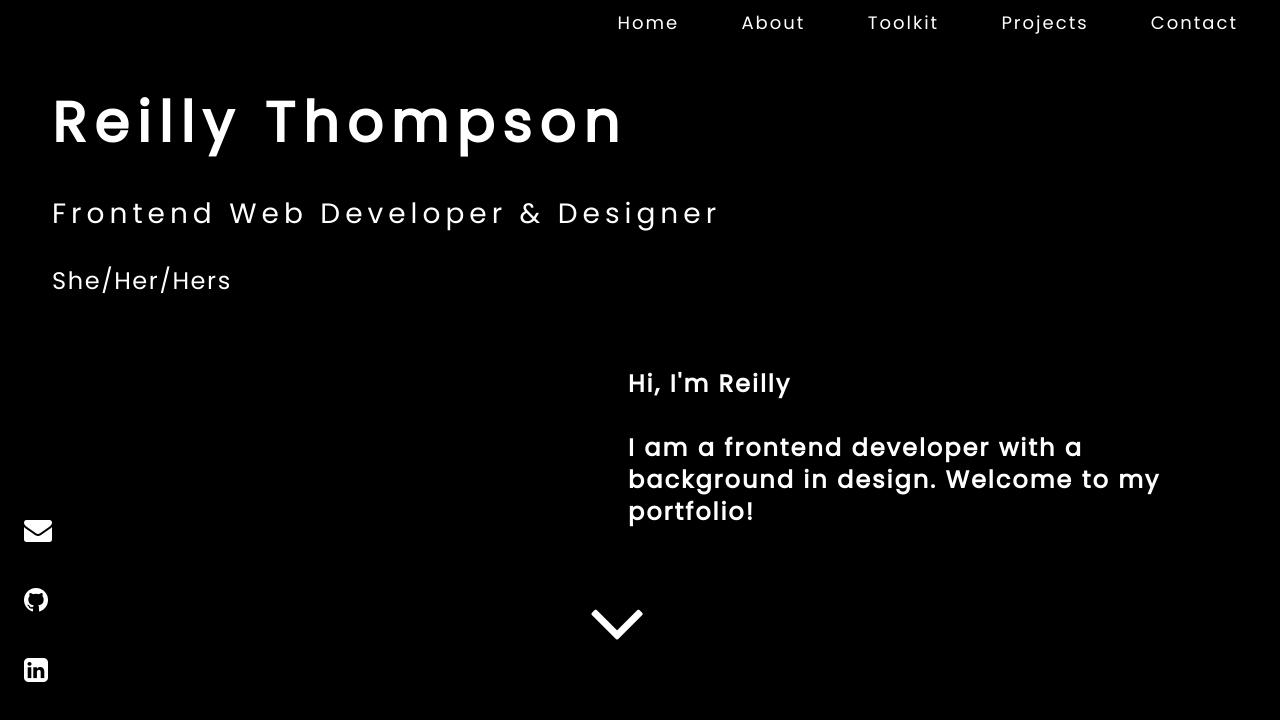
Repository: Rthompson2548/portfolio
Page: index.html
The author's editor kept a copy of each file at every save. The page is drawn from the files as they stood at one save, then again after the next save.
The browser window is 1280 px wide. The pictures show the whole page.
Some web libraries are served in a nearby version.

Above is the page before, as saved 2022-04-12 13:54:16.

### index.html
<!DOCTYPE html>
<html>

<head>
	<meta name="viewport" content="width=device-width, initial-scale=1" />
	<!-- nav bar icons -->
	<link rel="stylesheet" href="https://cdnjs.cloudflare.com/ajax/libs/font-awesome/4.7.0/css/font-awesome.min.css" />
	<!-- font -->
	<link href="https://fonts.googleapis.com/css2?family=Roboto+Mono&display=swap" rel="stylesheet">
	<!-- toolkit icons -->
	<link rel="stylesheet" href="https://cdn.jsdelivr.net/gh/devicons/devicon@v2.14.0/devicon.min.css" />
	<link rel="stylesheet" href="https://cdn.jsdelivr.net/gh/devicons/devicon@v2.14.0/devicon.min.css" />
	<link href="https://fonts.googleapis.com/icon?family=Material+Icons" rel="stylesheet" rel="stylesheet" />
	<link rel="preconnect" href="https://fonts.googleapis.com">
	<link rel="preconnect" href="https://fonts.gstatic.com" crossorigin>
	<link href="https://fonts.googleapis.com/css2?family=Poppins&display=swap" rel="stylesheet">
	<!-- style.css file -->
	<link rel="stylesheet" href="style.css" />
	<title>Reilly Thompson</title>
</head>
<header class="header-container">
	<!-- nav bar -->
	<div id="nav-bar" class="nav-bar selectSection">
		<div>
			<button type="button" data-number="1" id="go-to-home" class="nav-bar-item active" href="#home">
					Home
				</button>
				<button type="button" data-number="2" id="go-to-about" class="nav-bar-item" href="#about">
					About
				</button>
				<button type="button" data-number="3" id="go-to-toolkit" class="nav-bar-item" href="#toolkit">
					Toolkit
				</button>
				<button type="button" data-number="4" id="go-to-projects" class="nav-bar-item" href="#projects">
					Projects
				</button>
				<button type="button" data-number="5" id="go-to-contact" class="nav-bar-item" href="#contact">
					Contact
				</button>
				</div>
				</div>
</header>

<body>
	<div class="contentSection">
		<!-- home page -->
		<div class="home content" data-number="1" id="home content">

			<div class="home-left">
				<p class="home-contact-icon">
					<a href="mailto: thompson.reilly@yahoo.com">
						<i class="fa fa-envelope" aria-hidden="true"></i> </a>
				</p>

				<p class="home-contact-icon">
					<a href="https://github.com/Rthompson2548" target="_blank">
						<i class="fa fa-github" aria-hidden="true"></i>
					</a>
				</p>

				<p class="home-contact-icon">
					<a href="https://www.linkedin.com/in/reillythompson/" target="_blank">
						<i class="fa fa-linkedin-square contact-icon-size white"></i>
					</a>
				</p>
			</div>

			<div class="home-middle">
				<h1 class="home-page-name">Reilly Thompson</h1>
				<h3 class="home-page-description">Frontend Web Developer & Designer<h3 />
				<h3 class="pronouns">
					She/Her/Hers
					<h3 />

			</div>

			<div class="home-right">
					<h4>Hi, I'm Reilly</h4>
					<h4>
						I am a frontend developer with a background in design. Welcome to my portfolio!
					</h4>

			</div>


			<div id="nav-bar" class="selectSection go-down-btn">

				<button type="button" data-number="2" id="go-to-about" class="nav-bar-item" href="#about">
					<i class="fa fa-angle-down"></i>
				</button>

			</div>


		</div>
		<!-- about -->
		<div name="about" data-number="2" id="about content" class="about content">
			<h2 class="page-title">About</h2>
			<div class="about-page">
				<div>
					<p class="about-text">
						Hi there,
					</p>
					<p></p>
					<p class="about-text">
						Thanks for stopping by! I am a Front End Developer with a background in graphic and UI design. I have 3 years of total experience in the tech field, and a certificate in full stack engineering from Thinkful. I am truly passion about using my technical and design skills to create modern web applications that deliver engaging user experiences.
					</p>
					<p class="about-text">
						I am highly motivated, creative and driven to use my career to make a positive impact. I am constantly improving my skills and staying up to date with the latest trends in technology.

					</p>
					<p class="about-text">
						When I'm not coding, you can find me spending time with friends, family, and dogs.
					</p>
				</div>
				<!-- <div>
					<img class="profile-img" src="/images/profile.jpg" alt="">
				</div> -->
			</div>
			</div>
			<!-- toolkit -->
			<div name="toolkit" data-number="3" id="toolkit content" class="toolkit content">
				<h2 class="page-title">Toolkit</h2>
			<div>
				<!-- icon grid here -->
				<div>
					<h1 class="toolkit-icons-row toolkit-section-title">Front End</h1>
					<div class="toolkit-icons-row">
						<i class="toolkit-icon devicon-html5-plain-wordmark colored"></i>
						<i class="toolkit-icon devicon-css3-plain-wordmark colored"></i>
						<i class="toolkit-icon devicon-react-original-wordmark colored"></i>
						</div>
						<div class="toolkit-icons-row">
							<i class="toolkit-icon devicon-bootstrap-plain-wordmark "></i>
							<i class="toolkit-icon devicon-jquery-plain-wordmark colored"></i>
					</div>
				</div>

				<div>
					<h1 class="toolkit-icons-row toolkit-section-title">Back End</h1>
					<div class="toolkit-icons-row">
						<i class="toolkit-icon devicon-nodejs-plain-wordmark colored"></i>
						<i class="toolkit-icon devicon-express-original white"></i>
						<i class="toolkit-icon devicon-postgresql-plain-wordmark colored"></i>
					</div>
				</div>
				<div>
					<h1 class="toolkit-icons-row toolkit-section-title">Additional Tools</h1>

						<div class="toolkit-icons-row">
							<i class="toolkit-icon devicon-javascript-plain colored"></i>
							<i class="toolkit-icon devicon-heroku-plain-wordmark "></i>
							<i class="toolkit-icon devicon-typescript-plain colored"></i>
							</div>
							<div class="toolkit-icons-row">
							<i class="toolkit-icon devicon-git-plain-wordmark red"></i>
							<i class="toolkit-icon devicon-vscode-plain-wordmark colored"></i>
						</div>
				</div>
				</div>
			</div>
					<!-- projects -->
		<div name="projects" class="projects content" data-number="4" id="projects content">
						<h2 class="page-title">Projects</h2>

							<div class="project-section">
								<div class="project-title">
									<a href="https://cocktail-point.vercel.app/" target="_blank">
										Hex Code Generator
									</a>

								</div>

								<div class="demo-code">
									<a class="demo-code-item demo-code-item-first" href="https://github.com/Rthompson2548/hex-code-generator"
										target="_blank">
										<p>Code</p>
										<i class="fa fa-code"></i>
									</a>

									<a class="demo-code-item" href="https://hex-code-generator.vercel.app/" target="_blank">
										<p>Demo</p>
										<i class="fa fa-eye"></i>
									</a>

								</div>


								<a href="https://hex-code-generator.vercel.app/" target="_blank">
									<img src="/images/updated-hex-generator.PNG">
								</a>
							</div>


							<div class="project-section">
								<div class="project-title">
									<a href="https://cocktail-point.vercel.app/" target="_blank">
										Cocktail Handbook
									</a>

								</div>
								<div class="demo-code">
									<a class="demo-code-item demo-code-item-first" href="https://github.com/Rthompson2548/cocktails" target="_blank">
										<p>Code</p>
										<i class="fa fa-code"></i>
									</a>

									<a class="demo-code-item" href="https://cocktail-point.vercel.app/" target="_blank">
										<p>Demo</p>
										<i class="fa fa-eye"></i>
									</a>

								</div>


								<a href="https://cocktail-point.vercel.app/" target="_blank">
									<img src="/images/cocktail-handbook.PNG" alt="movie booker project image">
								</a>
							</div>

							<div class="project-section">
								<div class="project-title">
									<a href="https://github.com/Rthompson2548/boolean-job-searcher" target="_blank">
										Boolean Job Finder
									</a>

								</div>

								<div class="demo-code">
									<a class="demo-code-item demo-code-item-first" href="https://github.com/Rthompson2548/boolean-job-searcher"
										target="_blank">
										<p>Code</p>
										<i class="fa fa-code"></i>
									</a>

									<a class="demo-code-item" href="https://boolean-job-searcher.vercel.app/" target="_blank">
										<p>Demo</p>
										<i class="fa fa-eye"></i>
									</a>

								</div>


								<a href="https://boolean-job-searcher.vercel.app/" target="_blank">
									<img src="/images/boolean.PNG">
								</a>
							</div>


						<div class="project-section">
							<div class="project-title">
								<a href="https://finance-tracker-woad.vercel.app/" target="_blank">
									Finance Tracker
								</a>
							</div>


							<div class="demo-code">
								<a class="demo-code-item demo-code-item-first" href="https://github.com/Rthompson2548/finance-tracker"
									target="_blank">
									<p>Code</p>
									<i class="fa fa-code"></i>
								</a>

								<a class="demo-code-item" href="https://finance-tracker-woad.vercel.app/" target="_blank">
									<p>Demo</p>
									<i class="fa fa-eye"></i>
								</a>

							</div>

							<a href="https://finance-tracker-woad.vercel.app/" target="_blank">
								<img src="/images/finance-tracker-img.PNG" alt="movie booker project image">
							</a>
						</div>

						<div class="project-section">
							<div class="project-title">
								<a href="https://movie-theatre-booking-app.vercel.app/" target="_blank">
									Cinema Hub
								</a>
							</div>



							<div class="demo-code">
								<a class="demo-code-item demo-code-item-first" href="https://github.com/Rthompson2548/cinema-hub"
									target="_blank">
									<p>Code</p>
									<i class="fa fa-code"></i>
								</a>

								<a class="demo-code-item" href="https://movie-theatre-booking-app.vercel.app/" target="_blank">
									<p>Demo</p>
									<i class="fa fa-eye"></i>
								</a>

							</div>


						<a href="https://movie-theatre-booking-app.vercel.app/" target="_blank">
								<img src="/images/cinema-hub-app.PNG" alt="movie booker project image">
							</a>
						</div>

						<div class="project-section">
							<div class="project-title">
								<a href="https://project-decoder-ring.vercel.app/" target="_blank">
									Crypto-Messenger
								</a>
							</div>




							<div class="demo-code">
								<a class="demo-code-item demo-code-item-first" href="https://github.com/Rthompson2548/encode-decode" target="_blank">
									<p>Code</p>
									<i class="fa fa-code"></i>
								</a>

								<a class="demo-code-item" href="https://project-decoder-ring.vercel.app/" target="_blank">
									<p>Demo</p>
									<i class="fa fa-eye"></i>
								</a>

							</div>

							<a href="https://project-decoder-ring.vercel.app/" target="_blank">
								<img src="/images/crypto-message-application.PNG" alt="decoder ring app project image">
							</a>
						</div>




		</div>
		<!-- contact -->
		<div name="contact" data-number="5" id="contact content" class="contact content">
			<h1 class="page-title">Contact Me</h1>

				<ul class="contact-icons">
					<li class="contact-icon">
							<a href="https://github.com/Rthompson2548" target="_blank">
								<i class="fa fa-github" aria-hidden="true"></i>

							</a>
							<p class="contact-icon-text">@Rthompson2548</p>
					</li>

					<li class="contact-icon">
							<a href="https://www.linkedin.com/in/reillythompson/" target="_blank">
								<i class="fa fa-linkedin-square contact-icon-size white"></i>
							</a>
							<p class="contact-icon-text">@reillythompson</p>
					</li>

					<li class="contact-icon">
						<a href="mailto: thompson.reilly@yahoo.com">
							<i class="fa fa-envelope" aria-hidden="true"></i> </a>
						<p class="contact-icon-text">thompson.reilly@yahoo.com</p>

					</li>

					<li class="contact-icon">
						<a href="tel:9712803415">
							<i class="fa fa-phone" aria-hidden="true"></i>
						</a>
						<p class="contact-icon-text">971-280-3415</p>
					</li>

					<li class="contact-icon">
						<a href="sms:9712803415">
							<i class="fa fa-comment" aria-hidden="true"></i>
						</a>
						<p class="contact-icon-text">971-280-3415</p>

					</li>
				</ul>
		</div>


		</div>
		</div>

	<script src="script.js"></script>
</body>

</html>

### style.css
/* global */
* {
  font-family: 'Poppins', sans-serif;
  max-width: 100%;
  background-color: #000;
  color: #fff;
  letter-spacing: 2px;
}

a {
  text-decoration: none;
  color: #fff;
  letter-spacing: 4px;
  padding-bottom: 5px;
}

.fa-angle-down {
  font-size: 58px;
  font-weight: medium;
  text-align: center !important;
}

.go-down-btn {
  position: fixed;
  left: 50%;
  bottom: 0px;
  transform: translate(-50%, -50%);
  margin: 0 auto;
}

.header-container {
  display: flex;
  flex-direction: row;
}

.hidden {
  display: none;
}

.content {
  margin: 10px 36px 0px 36px;
  padding-top: 24px;
}

.page-title {
  font-size: 42px;
  margin-bottom: 16px;
}

.nav-bar {
  display: flex;
  position: fixed;
  padding-bottom: 10px;
  justify-content: space-evenly;
  width: 100%;
  top: 0;
}

.fa-code {
  color: #fff;
}


.nav-bar-item {
  font-size: 10px;
  border: none;
  margin-top: 8px;
}

.home {
  display: flex;
  flex-direction: column;
}

.home-middle {
  margin-left: 8px;
}

.home-right {
  right: 0;
  bottom: 0;
  position: absolute;
  font-size: 14px;
  font-weight: 100 !important;
  width: 250px;
  margin: 0 12px 80px 0;
  line-height: 2.5rem;
}

.home-contact-icon {
  font-size: 28px;
}

.home-left {
  left: 0;
  bottom: 0;
  position: absolute;
  padding: 0 12px 0 24px;
}

.view-work-button {
  padding: 8px 28px;
  margin-top: 12px;
  border: none;
  color: #fff;
  border-radius: 12px;
  font-size: 16px;
  letter-spacing: 1.5px;
  background-color: blueviolet;
}

.profile-img {
  width: 300px;
  height: auto;
}

.pronouns {
  font-size: 16px;
  letter-spacing: 1.6px;
  font-weight: normal;
}

.home-page-name {
  font-size: 28px;
  font-weight: medium;
  overflow-wrap: normal;
  width: 350px;
  display: table-caption;
  margin-bottom: 0px;
  letter-spacing: 5px;
}

.home-page-description {
  font-size: 16px;
  font-weight: normal;
  width: 350px;
}

.toolkit-section-title {
  font-size: 28px;
  letter-spacing: 2px;
  font-weight: normal;
}

.toolkit-icons-row {
  display: flex;
  justify-content: space-evenly;
  margin: 72px 10px 40px 0;
}

.toolkit-icon {
  font-size: 65px;
  margin: 0 6px;
}

/* change name */
.white-icon {
  color: rgb(255, 255, 255);
  margin-right: 14px;
  text-decoration: none;
  font-size: 20px;
}


.contact-icon {
  text-decoration: none;
  font-size: 36px;
  display: flex;
  flex-direction: column;
  align-items: center;

}

.contact-icon-text {
  font-size: 14px;
  margin-top: 0px;
}

.contact-icons {
  font-size: 42px;
  /* margin-top: 25%; */
}

.project-section {
  display: flex;
  flex-direction: column;
  align-items: center;
  margin: 52px 0;
}

.project-section i {
  font-size: 32px;
  margin-bottom: 24px;
}

.project-section img {
  border-radius: 5px;
  width: 300px;
  height: auto;
  box-shadow: rgba(0, 0, 0, 0.07) 0px 1px 1px, rgba(0, 0, 0, 0.07) 0px 2px 2px, rgba(0, 0, 0, 0.07) 0px 4px 4px, rgba(0, 0, 0, 0.07) 0px 8px 8px, rgba(0, 0, 0, 0.07) 0px 16px 16px;
}

.demo-code {
  display: flex;
  justify-content: center;
}

.demo-code-item {
  display: flex;
  flex-direction: column;
  align-items: center;
  margin: 3px 10px;
}

.demo-code-item i {
  font-size: 20px;
}

.project-title {
  font-weight: bold;
  font-size: 18px;
  margin: 18px 0;
  /* text-shadow:
    0 0 7px #fff,
    0 0 10px #fff,
    0 0 21px #fff,
    0 0 42px #0fa,
    0 0 82px #0fa,
    0 0 92px #0fa,
    0 0 102px #0fa,
    0 0 151px #0fa; */
}

.page-text {
  font-size: 20px;
  letter-spacing: 1.25px;
  font-weight: 100;
  line-height: 2rem;
  /* margin: 0 75px 32px 0; */
}

.about-page {
  display: flex;
  flex-direction: column;
}

.about-text {
  font-size: 14px;
  width: 300px;
}
/** only displays home page when website is displayed */
.content:not(:first-child) {
    display: none;
}


@media (min-width: 500px) {
  .nav-bar-item {
    font-size: 14px;
    margin-right: 18px;
  }

  .home-page-description {
    font-size: 18px;
    width: 500px;
  }

  .home-page-name {
    width: 500px;
    font-size: 36px;
  }

  .home-right {
    width: 350px;
    font-size: 18px;
    margin-right: 32px;
    margin-bottom: 116px;
  }

  .about-text {
    font-size: 16px;
    width: 450px;
  }
}

@media (min-width: 600px) {
  .about-text {
    width: 575px;
  }

  .toolkit-section-title {
    font-size: 38px;
  }
}

/* desktop view */
@media (min-width: 800px) {
  .contact {
    font-size: 30px;
  }

  .fa-angle-down {
    font-size: 72px;
  }

  .view-work-button {
    margin-top: 30px;
    padding: 12px 38px;
    font-size: 24px;
  }

  .home-page-description {
    font-size: 24px;
    letter-spacing: 4px;
    /* margin-left: 14px; */
    margin-bottom: 28px;
  }

  .home-right {
    width: 500px;
    font-size: 20px;
    margin: 0 52px 125px 0px;
    line-height: 2rem;
  }

  .pronouns {
    font-size: 24px;
  }

  .nav-bar-item {
    font-size: 16px;
    padding-right: 32px;
  }

  .nav-bar {
    display: flex;
    justify-content: end;
  }

  .page-title {
    font-size: 42px;
    margin-bottom: 24px;
    font-weight: 300;
    margin-right: 12px;
  }

  .home-page-name {
    font-size: 48px;
    width: 750px;
  }

  .toolkit-icon {
    font-size: 100px;
    margin: 22px;
  }

  .home {
    flex-direction: row;
  }

  .project-section img {
    width: 400px;
    height: auto;
    box-shadow: rgba(0, 0, 0, 0.3) 0px 19px 38px, rgba(0, 0, 0, 0.22) 0px 15px 12px;
  }

  .project-title {
    font-size: 32px;
  }

  .contact-icons {
    font-size: 100px;
    /* margin-top: 10% */
  }

  .contact {
    margin-bottom: 0 !important;
  }

  .page-text {
    margin: 0 75px 0 0;
  }

.about-page {
  display: flex;
  flex-direction: row;
}

.about-text {
  font-size: 22px;
  line-height: 2.25rem;
  width: 750px;
}

.profile-img {
  width: 300px;
  height: auto;
  /* margin-top: 40px; */
  margin-bottom: 12px;
  margin-right: 75px;
}

}



@media (min-width: 900px) {

.about-page {
  display: flex;
  flex-direction: row;
}

.fa-angle-down {
  font-size: 92px;
}

.profile-img {
  width: 500px;
  height: auto;
  margin-right: 100px;
}

  .home-page-name {
    letter-spacing: 8px;
    font-size: 56px;
    width: 700px;
  }

  .home-page-description {
    font-size: 28px;
    letter-spacing: 5px;
    width: 700px;
  }

  .home-right {
    width: 600px;
    font-size: 24px;
    margin-bottom: 160px;
  }

  .nav-bar-item {
    font-size: 18px;
  }

   .project-section img {
    width: 600px;
    height: auto;
  }

  .page-text {
    margin: 0 250px 10px 0;
  }
}

@media (min-width: 1000px) {
  .about-text {
    width: 950px;
  }

  .toolkit-section-title {
    font-size: 42px;
  }

  .page-title {
    font-size: 44px;
  }
}

@media (min-width: 1200px) {
  .about-text {
    width: 1175px;
  }
}

### script.js
let Buttons = document.querySelectorAll(".selectSection button")

const goToHomePage = document.getElementById("go-to-home");
const home = document.getElementById("home");

const goToAboutPage = document.getElementById("go-to-about");
const about = document.getElementById("about");


const goToToolkitPage = document.getElementById("go-to-toolkit");
const toolkit = document.getElementById("toolkit");

const goToProjectsPage = document.getElementById("go-to-projects");
const projects = document.getElementById("projects");

const goToContactPage = document.getElementById("go-to-contact")
const contact = document.getElementById("contact");


for (let button of Buttons) {
    button.addEventListener("click", (event) => {
        const eventTarget = event.target;

        const activePage = document.querySelector(".active");

        if (activePage) {
            activePage.classList.remove("active");
        }

        eventTarget.classList.add("active");

        let allContent = document.querySelectorAll(".content");

        for (let content of allContent) {
            if (content.getAttribute("data-number") === button.getAttribute("data-number")) {
                content.style.display = "block";
            }

            else {
                content.style.display = "none";
            }
        }
    })
}

After the next save:
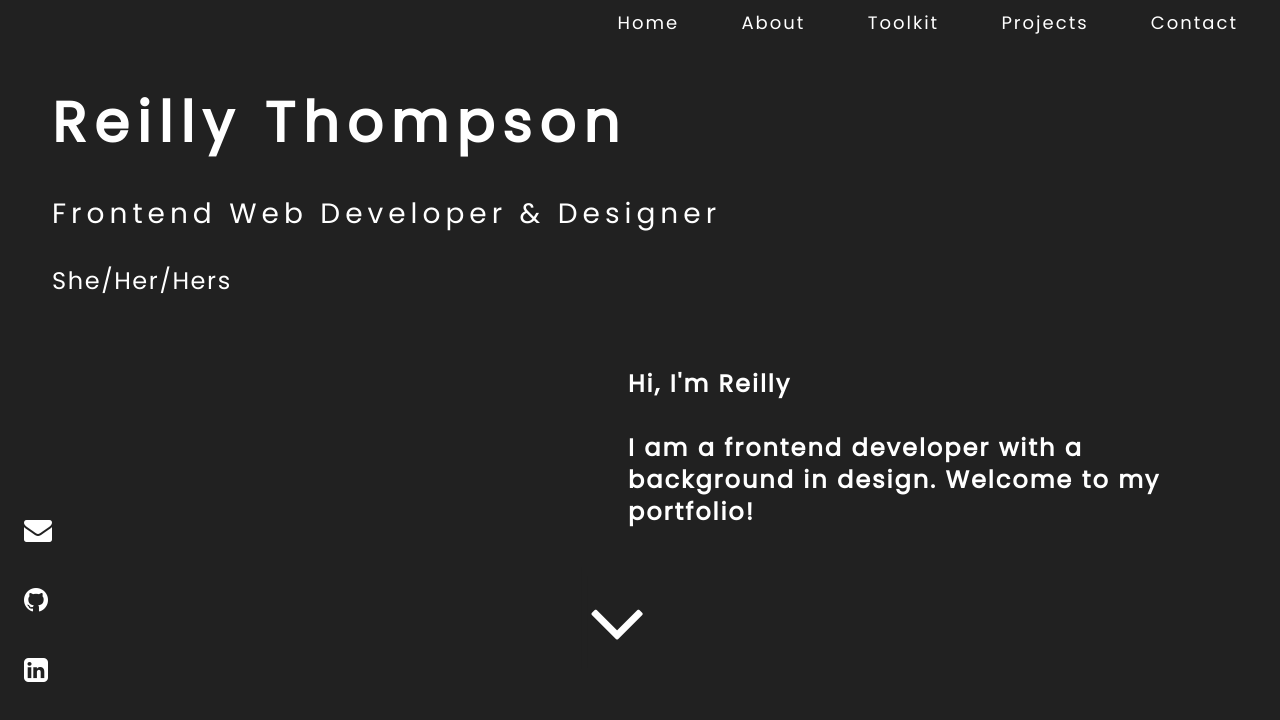
Saved 20 h 53 min later.
--- a/style.css
+++ b/style.css
@@ -2,7 +2,7 @@
 * {
   font-family: 'Poppins', sans-serif;
   max-width: 100%;
-  background-color: #000;
+  background-color: #212121;
   color: #fff;
   letter-spacing: 2px;
 }
